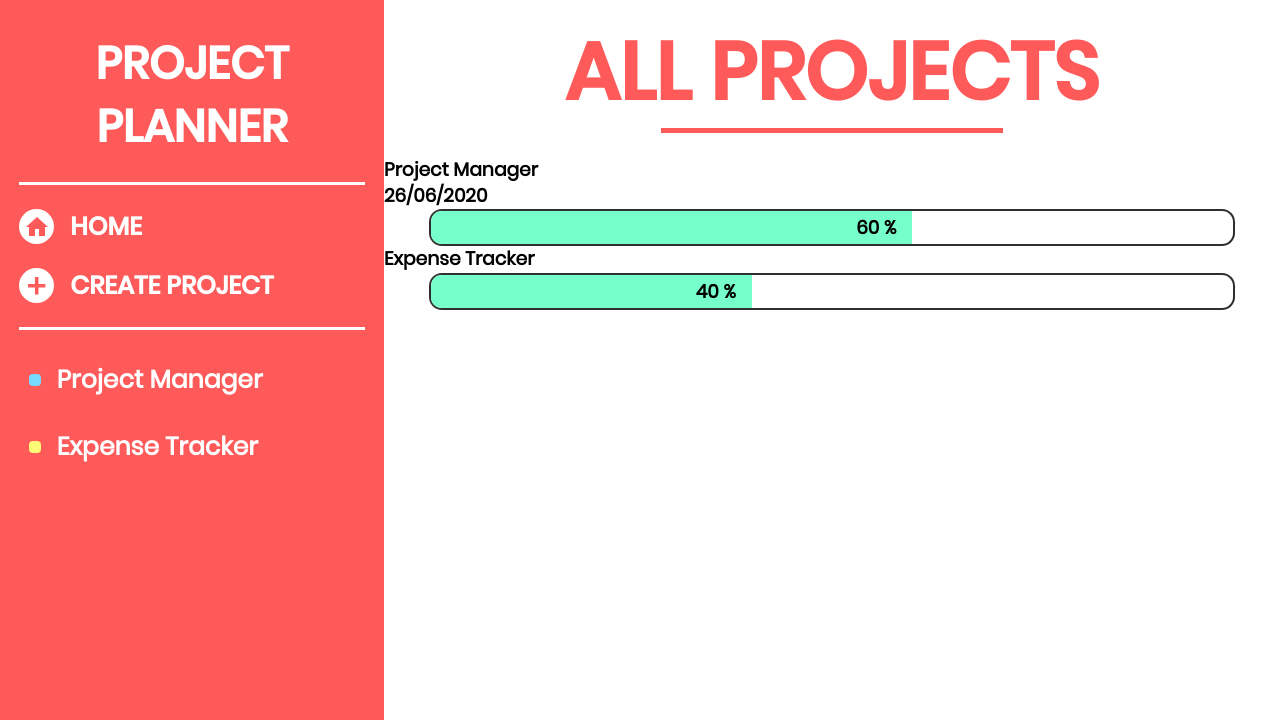
Repository: AzharMoosa/project-manager
Page: /
These files come from the project's save history. The page is drawn as it stood at one moment and after the next save; the edit follows.
The browser window is 1280 px wide. The pictures show the whole page.
The project was rebuilt for these pictures with package versions that can differ from the ones it lists, and the page was loaded fresh each time.

Above is the page before, as saved 2020-06-22 11:08:14.

### public/index.html
<!DOCTYPE html>
<html lang="en">
  <head>
    <meta charset="utf-8" />
    <link rel="icon" href="%PUBLIC_URL%/favicon.ico" />
    <meta name="viewport" content="width=device-width, initial-scale=1" />
    <meta name="theme-color" content="#000000" />
    <meta
      name="description"
      content="Web site created using create-react-app"
    />
    <link rel="apple-touch-icon" href="%PUBLIC_URL%/logo192.png" />

    <link rel="manifest" href="%PUBLIC_URL%/manifest.json" />

    <title>Project Planner</title>
  </head>
  <body>
    <noscript>You need to enable JavaScript to run this app.</noscript>
    <div id="root"></div>
  </body>
</html>

### src/App.js
import React from "react";
import Sidebar from "./components/sidebar/Siebar";
import Home from "./components/home/Home";
import { ProjectProvider } from "./ProjectContext";

import "./App.css";

function App() {
  return (
    <ProjectProvider>
      <div className='container'>
        <Sidebar />
        <Home />
      </div>
    </ProjectProvider>
  );
}

export default App;

### src/components/sidebar/Siebar.js
import React from "react";
import Header from "./Header";
import ProjectList from "../project-list/ProjectList";

const Siebar = () => {
  return (
    <div className='sidebar'>
      <Header />
      <ProjectList />
    </div>
  );
};

export default Siebar;

### src/components/home/Home.js
import React, { useContext } from "react";
import ProgectProgress from "./ProgectProgress";
import { ProjectContext } from "../../ProjectContext";

const Home = () => {
  // eslint-disable-next-line
  const [projects, setProjects] = useContext(ProjectContext);

  return (
    <div className='home'>
      <h1 className='home-title'>ALL PROJECTS</h1>
      {projects.map((project) => (
        <ProgectProgress
          name={project.name}
          date={project.date}
          progress={project.progress}
          key={project.id}
        />
      ))}
    </div>
  );
};

export default Home;

### src/ProjectContext.js
import React, { useState, createContext } from "react";

export const ProjectContext = createContext();

export const ProjectProvider = (props) => {
  const [projects, setProjects] = useState([
    {
      name: "Project Manager",
      overview:
        "A project management application which allows you to plan personal projects and track its progress.  Create detail plans of projects before developing projects.",
      tools: ["HTML", "CSS", "JAVASCRIPT", "REACT"],
      progress: 60,
      tasks: [
        "Create Project Plans",
        "Todo List for Each Project",
        "Track Progress",
        "Priority List",
        "Choose Tools In Each Project",
        "Clean And Simple Design",
        "Use REACT",
      ],
      color: "blue",
      date: "26/06/2020",
      id: 28392,
    },

    {
      name: "Expense Tracker",
      overview:
        "A expense tracker application which allows you to budget and track your savings.  Track what expenses you have",
      tools: ["HTML", "CSS", "JAVASCRIPT", "REACT"],
      progress: 40,
      tasks: [
        "Expenses In And Out",
        "Current Balance",
        "Highest Money Out",
        "Clean And Simple Design",
        "Use REACT",
      ],
      color: "yellow",
      date: "",
      id: 2032,
    },
  ]);

  return (
    <ProjectContext.Provider value={[projects, setProjects]}>
      {props.children}
    </ProjectContext.Provider>
  );
};

### src/App.css
:root {
  --red: #ff5a5a;
  --green: #76ffca;
  --blue: #76daff;
  --yellow: #fffa76;
  --purple: #ab76ff;
}

/* CSS RESET */

* {
  margin: 0;
  padding: 0;
  box-sizing: border-box;
}

/* Fonts */

@font-face {
  font-family: "Poppins-Med";
  src: url("./fonts/Poppins-Medium.ttf");
}

@font-face {
  font-family: "Poppins-Reg";
  src: url("./fonts/Poppins-Regular.ttf");
}

/* Body */

body {
  font-family: "Poppins-Reg";
  line-height: 1.4;
}

/* Utilities */

/* Bullet Points */

.project-side:before,
.blue:before,
.yellow:before,
.green:before,
.purple:before {
  content: " ";
  height: 12px;
  width: 12px;
  margin-right: 1rem;
  border-radius: 4px;
}

.blue:before {
  background-color: var(--blue);
}

.yellow:before {
  background-color: var(--yellow);
}

.green:before {
  background-color: var(--green);
}

.purple:before {
  background-color: var(--purple);
}

/* Container */
.container {
  display: flex;
  overflow: hidden;
}

/* Sidebar */
.sidebar {
  width: 30vw;
  background-color: var(--red);
  height: 100vh;
  color: #fff;
}

.title {
  font-size: 45px;
  font-family: "Poppins-Med";
  text-align: center;
  padding-top: 2rem;
}

.nav-btns::after,
.nav-btns:before {
  content: " ";
  display: block;
  border-bottom: 3px solid #fff;
  width: 100%;
  margin: 1.5rem auto;
}

.nav-btns {
  width: 90%;
  margin: auto;
}

.home-btn,
.create-project-btn {
  display: flex;
  align-items: center;
  margin-top: 1.5rem;
}

.home-btn h3,
.create-project-btn h3 {
  margin-left: 1rem;
  font-family: "Poppins-Med";
  font-size: 25px;
}

.home-btn svg,
.create-project-btn svg {
  cursor: pointer;
}

/* Home */

.home {
  width: 70vw;
  display: flex;
  flex-direction: column;
}

.home-title {
  font-size: 80px;
  font-family: "Poppins-Med";
  color: var(--red);
  text-align: center;
  margin-top: 1rem;
}

.home-title:after {
  content: " ";
  display: block;
  border-bottom: 5px solid var(--red);
  width: 342px;
  margin: 0 auto 1.5rem auto;
}

/* Project Sidebar List */
.project-side {
  width: 85%;
  margin: 2rem auto;
  display: flex;
  align-items: center;
  cursor: pointer;
}

.project-side h3 {
  font-size: 25px;
}

/* Progress Bar */
.progressbar {
  width: 90%;
  background-color: #fff;
  border: 2px solid #2f2f2f;
  border-radius: 13px;
  margin: 0 auto;
}

.progressbar > div {
  background-color: var(--green);
  height: 33px;
  border-radius: 10px 0 0 10px;
}

.progressbar > div h3 {
  display: flex;
  justify-content: flex-end;
  line-height: 1.8;
  margin-right: 1rem;
}

### src/components/sidebar/Header.js
import React from "react";

const Header = () => {
  return (
    <div>
      <h1 className='title'>PROJECT PLANNER</h1>
      <div className='nav-btns'>
        <div className='home-btn'>
          <svg
            xmlns='http://www.w3.org/2000/svg'
            width='35'
            height='35'
            viewBox='0 0 35 35'
          >
            <g
              id='Home_Btn'
              data-name='Home Btn'
              transform='translate(-139 -182)'
            >
              <circle
                id='Ellipse_1'
                data-name='Ellipse 1'
                cx='17.5'
                cy='17.5'
                r='17.5'
                transform='translate(139 182)'
                fill='#fff'
              />
              <path
                id='icons8-home'
                d='M12,2.1,1,12H4v9h6V14h4v7h6V12h3Z'
                transform='translate(145 187.9)'
                fill='#ff5a5a'
              />
            </g>
          </svg>
          <h3>HOME</h3>
        </div>

        <div className='create-project-btn'>
          <svg
            xmlns='http://www.w3.org/2000/svg'
            width='35'
            height='35'
            viewBox='0 0 35 35'
          >
            <g id='Group_6' data-name='Group 6' transform='translate(-50 -242)'>
              <circle
                id='Ellipse_2'
                data-name='Ellipse 2'
                cx='17.5'
                cy='17.5'
                r='17.5'
                transform='translate(50 242)'
                fill='#fff'
              />
              <path
                id='icons8-plus'
                d='M8.922,2V8.922H2v1.538H8.922v6.922h1.538V10.461h6.922V8.922H10.461V2Z'
                transform='translate(58 250)'
                fill='#ff5a5a'
                stroke='#ff5a5a'
                strokeWidth='2'
                fillRule='evenodd'
              />
            </g>
          </svg>
          <h3>CREATE PROJECT</h3>
        </div>
      </div>
    </div>
  );
};

export default Header;

### src/components/project-list/ProjectList.js
import React, { useContext } from "react";
import { ProjectContext } from "../../ProjectContext";
import ProjectSide from "./ProjectSide";

const ProjectList = () => {
  // eslint-disable-next-line
  const [projects, setProjects] = useContext(ProjectContext);

  return (
    <div>
      {projects.map((project) => (
        <ProjectSide
          name={project.name}
          color={project.color}
          key={project.id}
        />
      ))}
    </div>
  );
};

export default ProjectList;

### src/components/home/ProgectProgress.js
import React from "react";
import ProgressBar from "./ProgressBar";

const ProgectProgress = ({ name, date, progress }) => {
  return (
    <div className='project-progress'>
      <div className='project-title'>
        <h3>{name}</h3>
        <h3>{date}</h3>
      </div>
      <ProgressBar progress={progress} />
    </div>
  );
};

export default ProgectProgress;

### src/components/project-list/ProjectSide.js
import React from "react";

const Project = ({ name, color }) => {
  return (
    <div className={`project-side ${color}`}>
      <h3>{name}</h3>
    </div>
  );
};

export default Project;

### src/components/home/ProgressBar.js
import React from "react";

const ProgressBar = ({ progress }) => {
  return (
    <div className='progressbar'>
      <div style={{ width: `${progress}%` }}>
        <h3>{progress} %</h3>
      </div>
    </div>
  );
};

export default ProgressBar;

Loaded but not shown: src/index.js (common file)

After the next save:
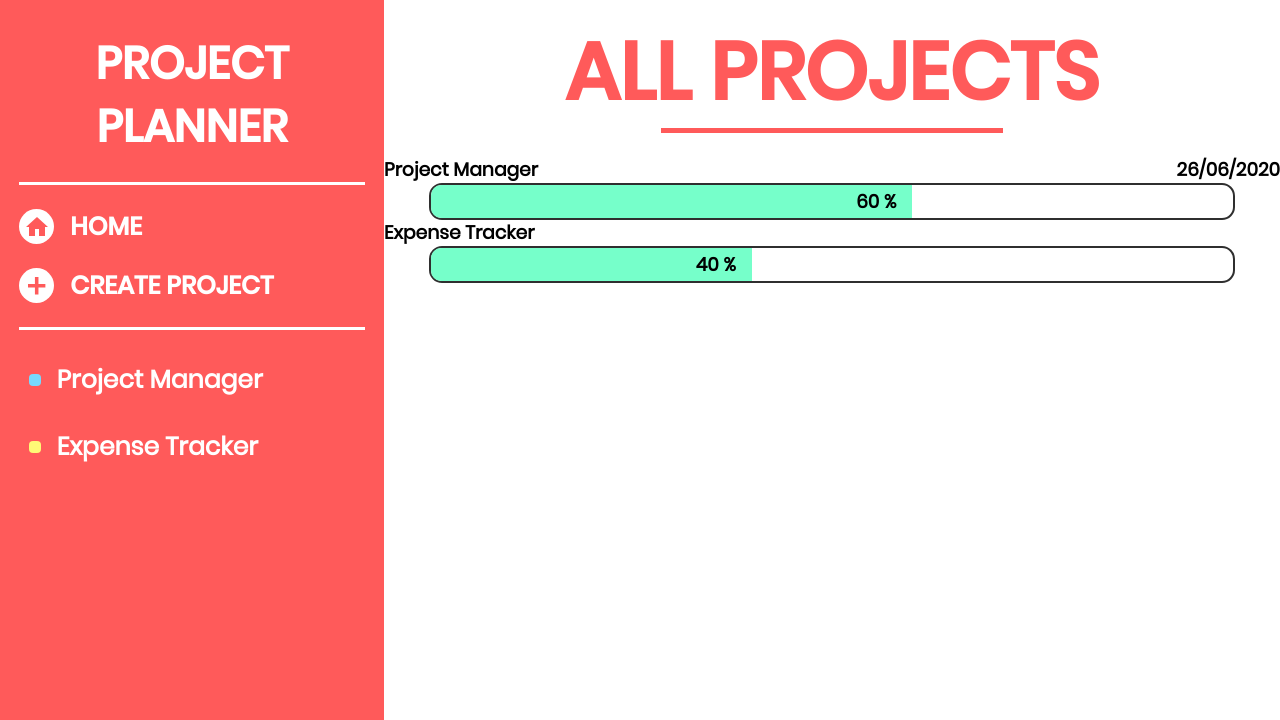
Saved 36 s later.
--- a/src/App.css
+++ b/src/App.css
@@ -177,3 +177,8 @@ body {
   line-height: 1.8;
   margin-right: 1rem;
 }
+
+.project-title {
+  display: flex;
+  justify-content: space-between;
+}
